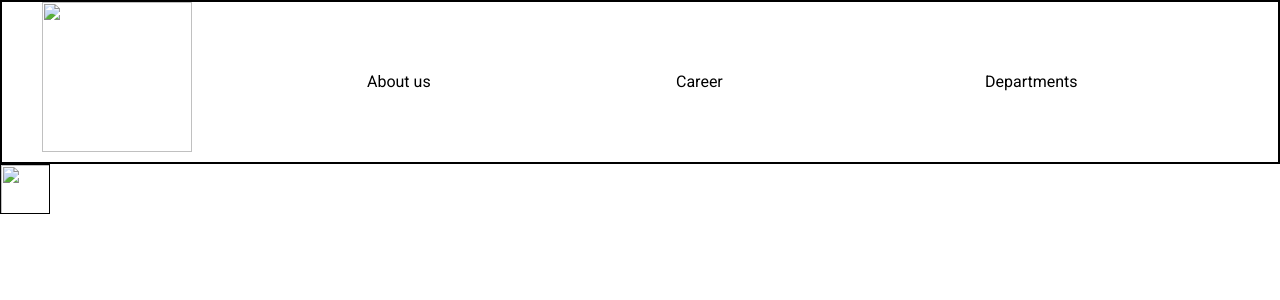
Repository: Hassanine-jaouadi/docplanner
Page: doc-panner.html
These files come from the project's save history. The page is drawn as it stood at one moment and after the next save; the edit follows.
The browser window is 1280 px wide. The pictures show the whole page.
Some web libraries are served in a nearby version.

Above is the page before, as saved 2020-01-17 09:36:39.

After the next save:
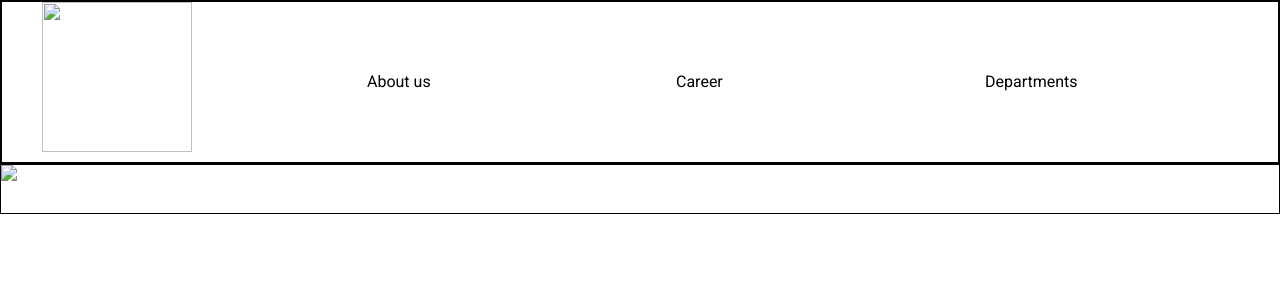
Saved 18 s later.
--- a/doc-panner.html
+++ b/doc-panner.html
@@ -28,7 +28,7 @@
         </ul>
     </nav>
 
-    <div><img class="logo-under-nav" src="file:///Users/hjaouadi/Documents/Wistia/Doc-planner/it.docplanner-w130.png"
+    <div class="logo-under-nav" ><img  src="file:///Users/hjaouadi/Documents/Wistia/Doc-planner/it.docplanner-w130.png"
                      /> </div>
 </body>
 
